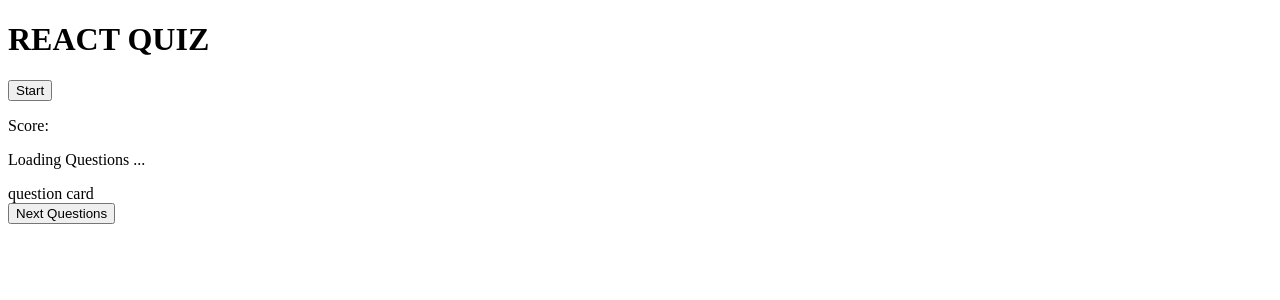
Repository: ducanhaep/ts-react-quiz
Page: /
An editor plug-in stored every save of this project. The page is shown before and after the next save, followed by the edit.
The browser window is 1280 px wide. The pictures show the whole page.
The project was rebuilt for these pictures with package versions that can differ from the ones it lists, and the page was loaded fresh each time.

Above is the page before, as saved 2021-10-14 14:58:20.

### public/index.html
<!DOCTYPE html>
<html lang="en">

<head>
  <meta charset="utf-8" />
  <link rel="icon" href="%PUBLIC_URL%/favicon.ico" />
  <meta name="viewport" content="width=device-width, initial-scale=1" />
  <meta name="theme-color" content="#000000" />
  <meta name="description" content="Web site created using create-react-app" />
  <link rel="apple-touch-icon" href="%PUBLIC_URL%/logo192.png" />
  <link rel="preconnect" href="https://fonts.googleapis.com">
  <link rel="preconnect" href="https://fonts.gstatic.com" crossorigin>
  <link href="https://fonts.googleapis.com/css2?family=Catamaran:wght@700&display=swap" rel="stylesheet">
  <!--
      manifest.json provides metadata used when your web app is installed on a
      user's mobile device or desktop. See https://developers.google.com/web/fundamentals/web-app-manifest/
    -->
  <link rel="manifest" href="%PUBLIC_URL%/manifest.json" />
  <!--
      Notice the use of %PUBLIC_URL% in the tags above.
      It will be replaced with the URL of the `public` folder during the build.
      Only files inside the `public` folder can be referenced from the HTML.

      Unlike "/favicon.ico" or "favicon.ico", "%PUBLIC_URL%/favicon.ico" will
      work correctly both with client-side routing and a non-root public URL.
      Learn how to configure a non-root public URL by running `npm run build`.
    -->
  <title>React App</title>
</head>

<body>
  <noscript>You need to enable JavaScript to run this app.</noscript>
  <div id="root"></div>
  <!--
      This HTML file is a template.
      If you open it directly in the browser, you will see an empty page.

      You can add webfonts, meta tags, or analytics to this file.
      The build step will place the bundled scripts into the <body> tag.

      To begin the development, run `npm start` or `yarn start`.
      To create a production bundle, use `npm run build` or `yarn build`.
    -->
</body>

</html>

### src/App.tsx
import React from "react";
// Components
import QuestionCard from "./components/QuestionCard";

function App() {
  const startTrivia = async () => {};

  const checkAnswer = (e: React.MouseEvent<HTMLButtonElement>) => {};

  const nextQuestion = () => {};

  return (
    <div className="App">
      <h1>REACT QUIZ</h1>
      <button className="start" onClick={startTrivia}>
        Start
      </button>
      <p className="score">Score:</p>
      <p>Loading Questions ...</p>
      <QuestionCard />
      <button className="next" onClick={nextQuestion}>
        Next Questions
      </button>
    </div>
  );
}

export default App;

### src/components/QuestionCard.tsx
const QuestionCard = () => {
  return <div>question card</div>;
};

export default QuestionCard;

Loaded but not shown: src/index.tsx (common file)

After the next save:
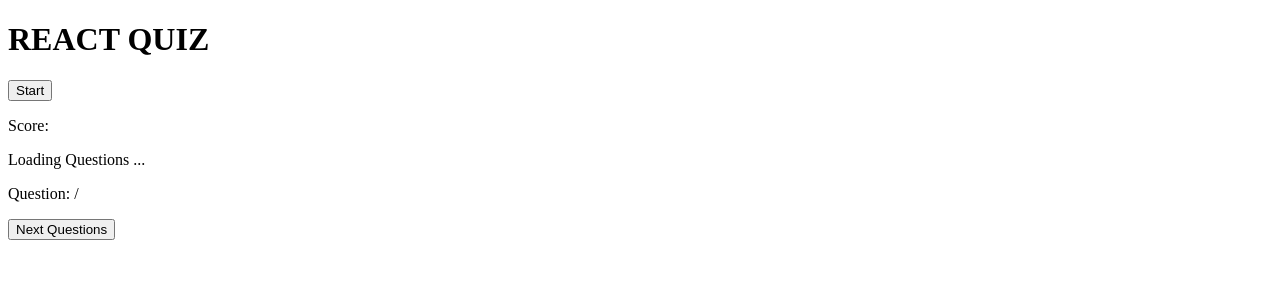
Saved 9 min 30 s later.
--- a/src/components/QuestionCard.tsx
+++ b/src/components/QuestionCard.tsx
@@ -1,5 +1,27 @@
-const QuestionCard = () => {
-  return <div>question card</div>;
+type Props = {
+  question: string;
+  answer: [];
+  callback: any;
+  userAnswer: string;
+  questionNr: number;
+  totalQuestions: number;
+};
+const QuestionCard: React.FC<Props> = ({
+  question,
+  answer,
+  callback,
+  userAnswer,
+  questionNr,
+  totalQuestions,
+}) => {
+  return (
+    <div>
+      <p className="number">
+        Question: {questionNr} / {totalQuestions}
+      </p>
+      <p dangerouslySetInnerHTML={{ __html: question }}></p>
+    </div>
+  );
 };
 
 export default QuestionCard;
